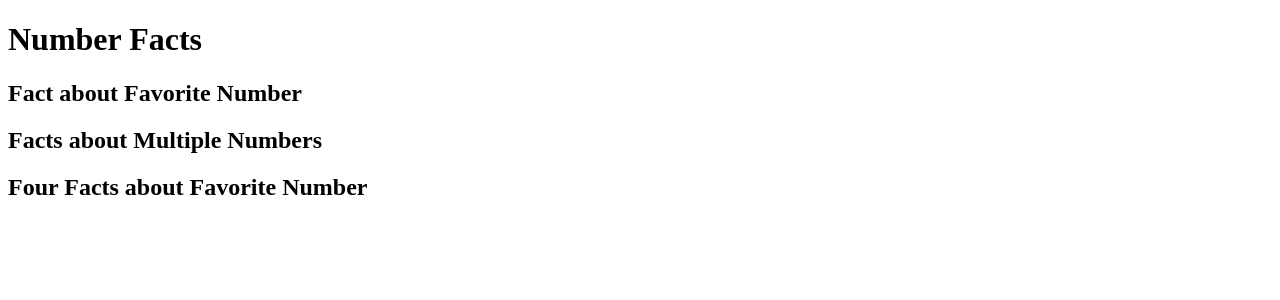
Repository: rmdayberry/JavaScript-Promises-Asychronous-Code
Page: number_facts/Async_Await/numberFacts.html
These files come from the project's save history. The page is drawn as it stood at one moment and after the next save; the edit follows.
The browser window is 1280 px wide. The pictures show the whole page.

Above is the page before, as saved 2024-07-01 15:44:38.
Console error: ReferenceError: getSingleFact is not defined

### number_facts/Async_Await/numberFacts.html
<!DOCTYPE html>
<html lang="en">
  <head>
    <meta charset="UTF-8" />
    <meta name="viewport" content="width=device-width, initial-scale=1.0" />
    <title>Number Facts Async/Await</title>
    <script
      src="https://code.jquery.com/jquery-3.3.1.js"
      integrity="sha256-2Kok7MbOyxpgUVvAk/HJ2jigOSYS2auK4Pfzbm7uH60="
      crossorigin="anonymous"
    ></script>
    <script src="numberFacts.js"></script>
  </head>
  <body>
    <h1>Number Facts</h1>

    <h2>Fact about Favorite Number</h2>
    <p id="factFavoriteNumber"></p>

    <h2>Facts about Multiple Numbers</h2>
    <ul id="factsNumbers"></ul>

    <h2>Four Facts about Favorite Number</h2>
    <ul id="fourFactsFavoriteNumber"></ul>
  </body>
</html>

### number_facts/Async_Await/numberFacts.js
async function getFact(favoriteNumber) {
  const response = await fetch(`http://numbersapi.com/${favoriteNumber}?json`);
  const data = await response.json();
  document.getElementById("single-fact").innerText = data.text;
}

async function getMultipleFacts(numbers) {
  const response = await fetch(`http://numbersapi.com/${numbers}?json`);
  const data = await response.json();
  const factsContainer = document.getElementById("multiple-facts");
  for (const key in data) {
    const factElement = document.createElement("p");
    factElement.innerText = data[key];
    factsContainer.appendChild(factElement);
  }
}

async function getFavoriteNumberFacts(favoriteNumber, count) {
  const factsContainer = document.getElementById("favorite-facts");
  for (let i = 0; i < count; i++) {
    const response = await fetch(
      `http://numbersapi.com/${favoriteNumber}?json`
    );
    const data = await response.json();
    const factElement = document.createElement("p");
    factElement.innerText = data.text;
    factsContainer.appendChild(factElement);
  }
}

const favoriteNumber = 22;
getSingleFact(favoriteNumber);

const numbers = [88, 33, 55, 66].join(",");
getMultipleFacts(numbers);

getFavoriteNumberFacts(favoriteNumber, 4);

After the next save:
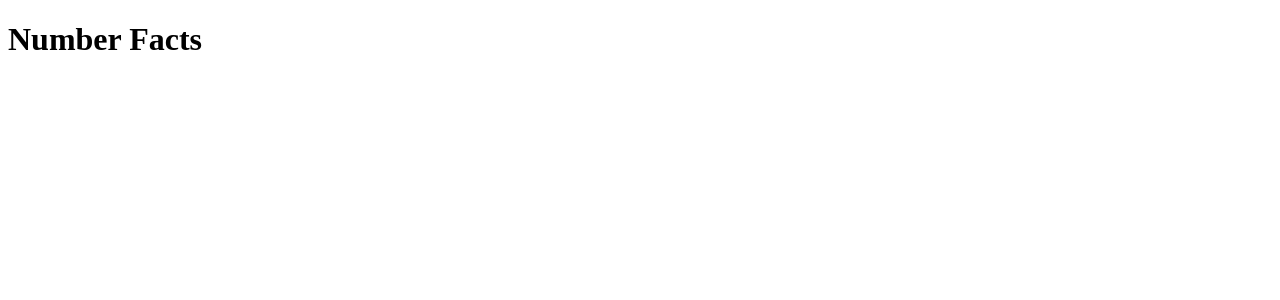
Saved 112 s later.
--- a/number_facts/Async_Await/numberFacts.html
+++ b/number_facts/Async_Await/numberFacts.html
@@ -13,14 +13,8 @@
   </head>
   <body>
     <h1>Number Facts</h1>
-
-    <h2>Fact about Favorite Number</h2>
-    <p id="factFavoriteNumber"></p>
-
-    <h2>Facts about Multiple Numbers</h2>
-    <ul id="factsNumbers"></ul>
-
-    <h2>Four Facts about Favorite Number</h2>
-    <ul id="fourFactsFavoriteNumber"></ul>
+    <div id="single-fact"></div>
+    <div id="multiple-facts"></div>
+    <div id="favorite-facts"></div>
   </body>
 </html>
